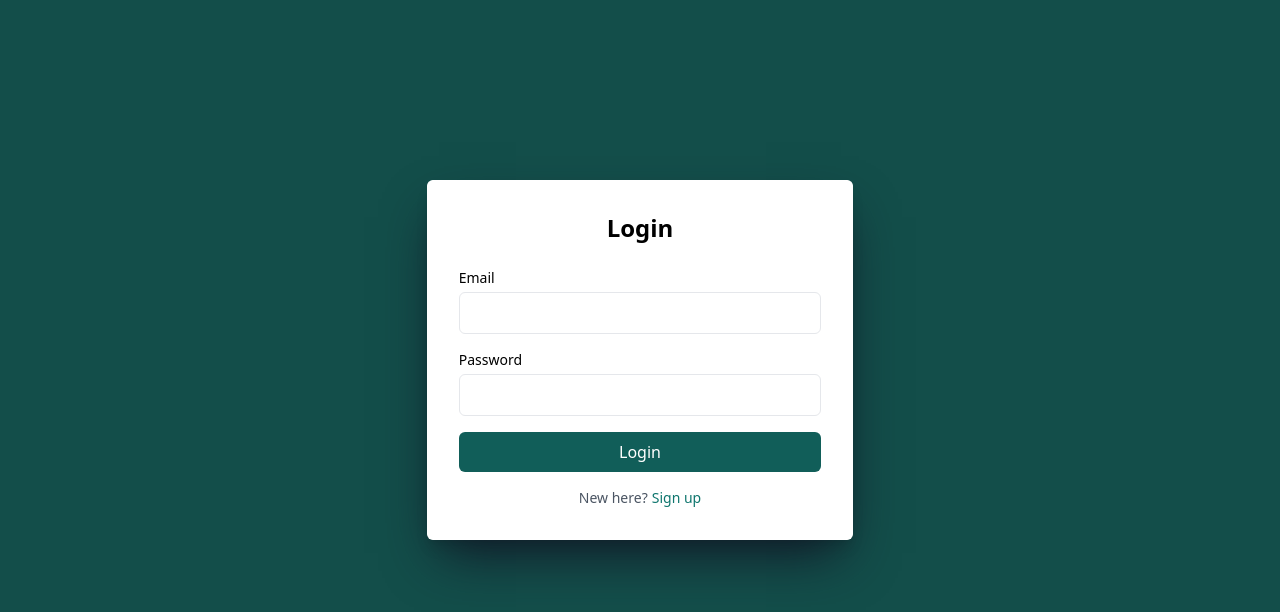
Repository: alizey12/POS-React-website
Page: /
An editor plug-in stored every save of this project. The page is shown before and after a run of saves, followed by the edit.
The browser window is 1280 px wide. The pictures show the whole page.
The project was rebuilt for these pictures with package versions that can differ from the ones it lists, and the page was loaded fresh each time. Also part of the build but not shown: vite.config.js, src/navbar.jsx, src/sidebar.jsx, src/Dashboard.jsx.

Above is the page before, as saved 2025-01-12 18:37:36.

After the next 2 saves:
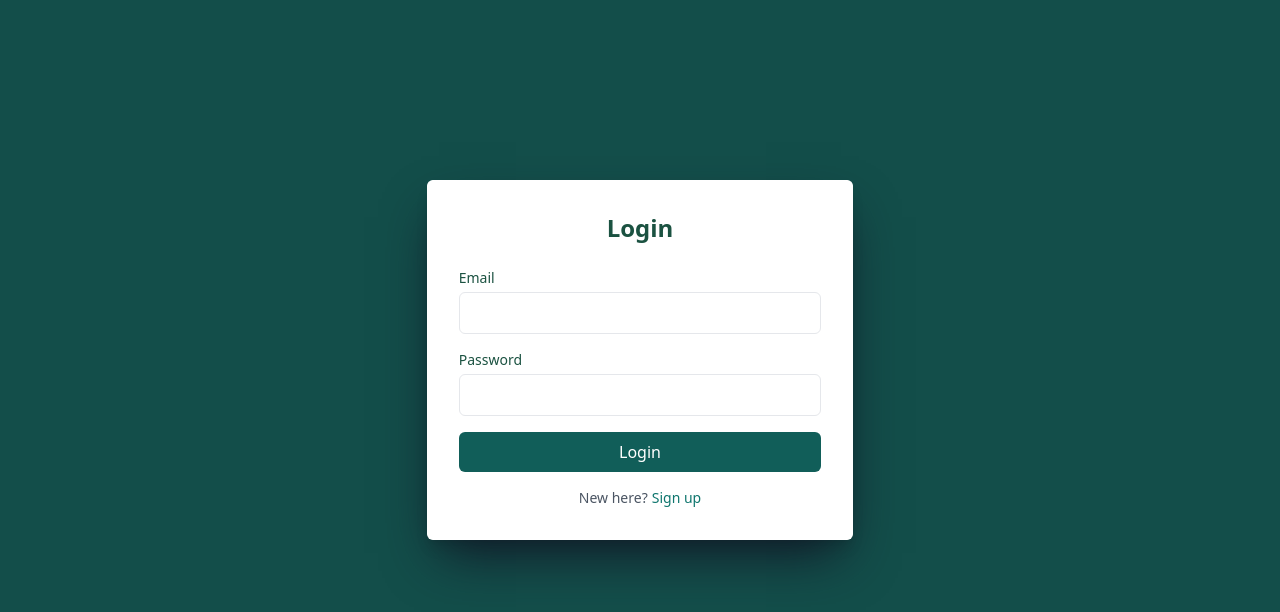
The 2 saves are shown as one change because they came seconds apart.
The last was saved 18 s later.
--- a/src/App.css
+++ b/src/App.css
@@ -2,7 +2,7 @@
 :root {
   --sidebar-bg: #d3d3d3; /* Light gray for sidebar and navbar */
   --navbar-bg: #d3d3d3; /* Light gray for navbar */
-  --text-color: #000000; /* Black text and icons */
+  --text-color: #1b5241; /* Black text and icons */
   --main-bg: #ffffff; /* White background for main content */
   --primary-light: #f4f4f4; /* Optional subtle light background */
   --secondary: #555; /* Secondary text color for light mode */
